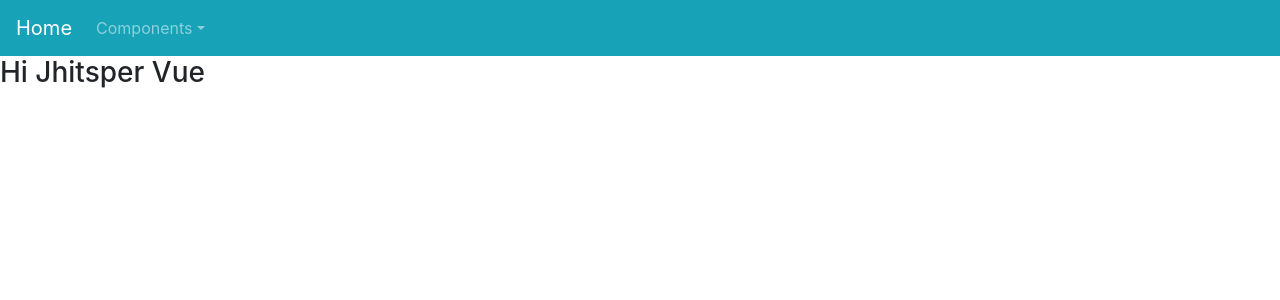
Repository: iian0910/bootstrapVue-demo
Page: /
These files come from the project's save history. The page is drawn as it stood at one moment and after the next save; the edit follows.
The browser window is 1280 px wide. The pictures show the whole page.
The project was rebuilt for these pictures with package versions that can differ from the ones it lists, and the page was loaded fresh each time.

Above is the page before, as saved 2021-04-26 14:39:42.

### src/main.ts
import axios from 'axios'
import { BootstrapVue, IconsPlugin } from 'bootstrap-vue'
import 'bootstrap-vue/dist/bootstrap-vue.css'
// Import Bootstrap an BootstrapVue CSS files (order is important)
import 'bootstrap/dist/css/bootstrap.css'
import Vue from 'vue'
import VueAxios from 'vue-axios'
import App from './App.vue'
import router from './router'

// Make BootstrapVue available throughout your project
Vue.use(BootstrapVue)
// Optionally install the BootstrapVue icon components plugin
Vue.use(IconsPlugin)
Vue.use(VueAxios, axios)

Vue.config.productionTip = false

new Vue({
  router,
  render: h => h(App)
}).$mount('#app')

### src/App.vue
<template>
  <div id="app">
  <Main/>
  </div>
</template>

<script lang="ts">
import { Component, Vue } from 'vue-property-decorator'
import Main from './pages/Main.vue'

@Component({
  components: {
    Main
  }
})
export default class App extends Vue {}
</script>

<style lang="scss">

</style>

### src/router/index.ts
import Vue from 'vue'
import VueRouter from 'vue-router'

Vue.use(VueRouter)

const routes = [
  {
    path: '/',
    name: 'Home',
    component: () => import('../pages/Index.vue')
  },
  {
    path: '/tablePagination',
    name: 'TablePagination',
    component: () => import('../components/TablePagination.vue')
  }
]

const router = new VueRouter({
  routes
})

export default router

### src/pages/Main.vue
<template>
  <div>
    <Navbar/>
    <router-view></router-view>
  </div>
</template>
<script lang="ts">
import { Component, Vue } from 'vue-property-decorator'
import Navbar from '../components/Navbar.vue'

@Component({
  components: {
    Navbar
  }
})
export default class Main extends Vue {

}
</script>
<style lang="scss">

</style>

### src/pages/Index.vue
<template>
  <div>
    <h3>Hi Jhitsper Vue</h3>
  </div>
</template>
<script lang="ts">
import { Component, Vue } from 'vue-property-decorator'

@Component({
  components: {}
})
export default class Index extends Vue {

}
</script>
<style lang="scss">

</style>

### src/components/Navbar.vue
<template>
  <div>
    <b-navbar toggleable="lg" type="dark" variant="info">
      <b-navbar-brand to="/">Home</b-navbar-brand>

      <b-navbar-toggle target="nav-collapse"></b-navbar-toggle>

      <b-collapse id="nav-collapse" is-nav>
        <b-navbar-nav>
          <b-nav-item-dropdown text="Components" right>
            <b-dropdown-item to="/tablePagination">TablePagination</b-dropdown-item>
          </b-nav-item-dropdown>
        </b-navbar-nav>
      </b-collapse>
    </b-navbar>
  </div>
</template>

<script lang="ts">
import { Component, Vue } from 'vue-property-decorator'

// Component 宣告在最前面
@Component({
  components: {

  }
})

export default class Navbar extends Vue {

}
</script>

Loaded but not shown: public/index.html (common file)

After the next save:
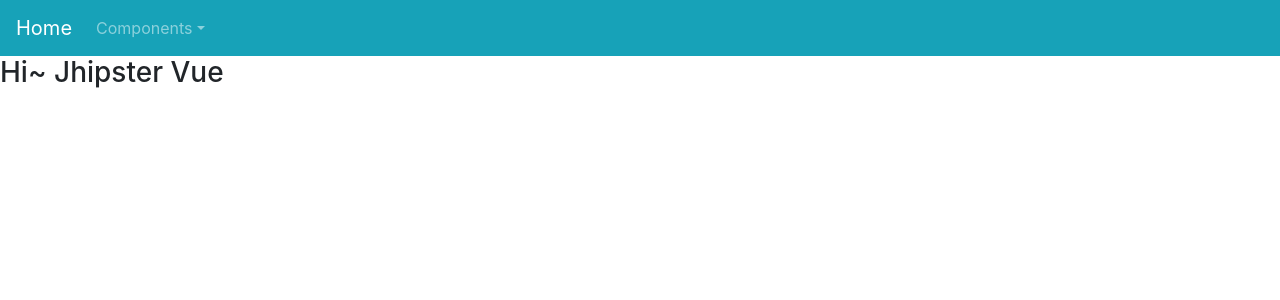
Saved 31 s later.
--- a/src/pages/Index.vue
+++ b/src/pages/Index.vue
@@ -1,6 +1,6 @@
 <template>
   <div>
-    <h3>Hi Jhitsper Vue</h3>
+    <h3>Hi~ Jhipster Vue</h3>
   </div>
 </template>
 <script lang="ts">
